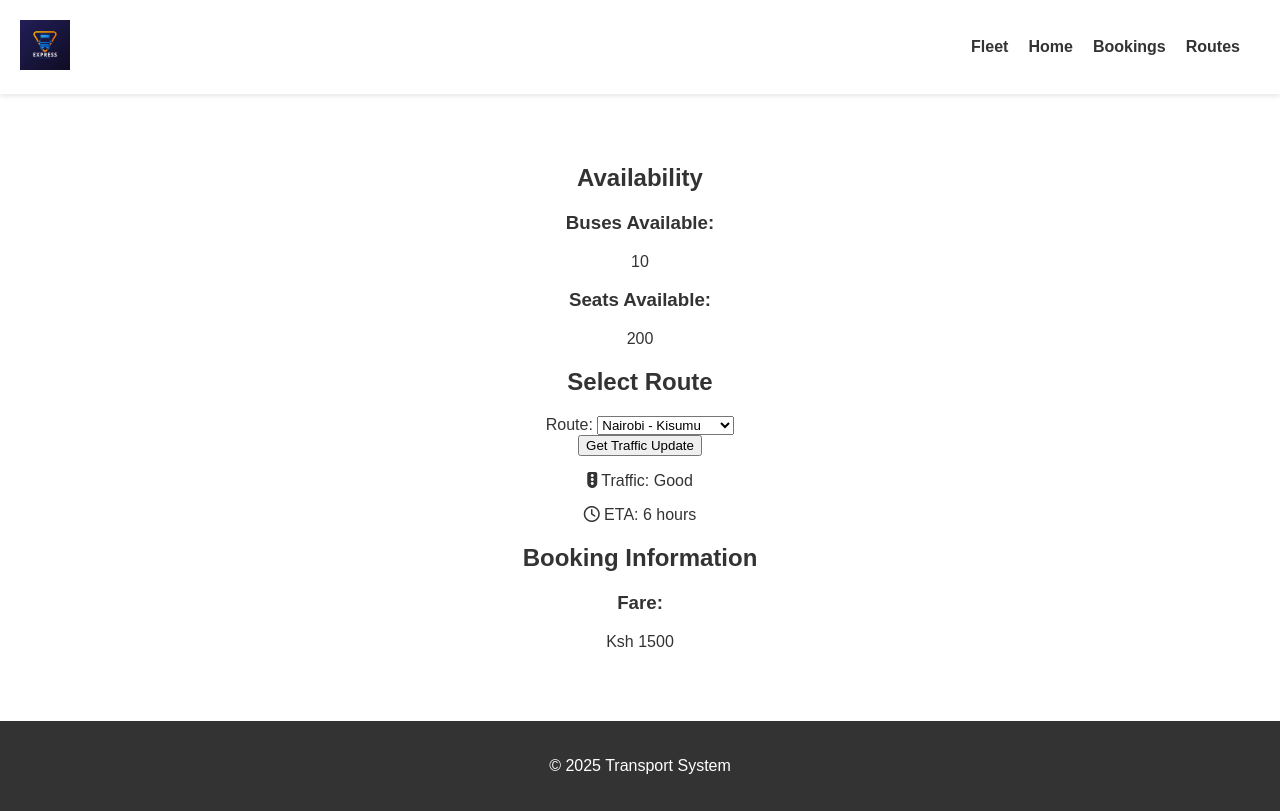
Repository: Ndegwa2/Smart-Transport-System
Page: client/booking.html
These files come from the project's save history. The page is drawn as it stood at one moment and after the next save; the edit follows.
The browser window is 1280 px wide. The pictures show the whole page.

Above is the page before, as saved 2025-04-01 21:18:54.
Console error: TypeError: Cannot set properties of null (setting 'innerHTML')

### client/booking.html
<!DOCTYPE html>
<html lang="en">
<head>
    <meta charset="UTF-8">
    <meta name="viewport" content="width=device-width, initial-scale=1.0">
    <title>Booking</title>
        <link rel="stylesheet" href="styles.css">
        <link rel="stylesheet" href="https://cdnjs.cloudflare.com/ajax/libs/font-awesome/6.0.0/css/all.min.css" integrity="sha512-9usAa10IRO0HhonpyAIVpjrylPvoDwiPUiKdWk5t3PyolY1cOd4DSE0Ga+ri4AuTroPR5aQvXU9xC6qOPnzFeg==" crossorigin="anonymous" referrerpolicy="no-referrer" />
</head>
<body class="booking-page">
    <header>
        <div class="logo">
            <img src="10550142.jpg" alt="Sacco Logo">
        </div>
        <nav>
            <ul>
                <li><a href="#">Fleet</a></li>
                <li><a href="landing page.html">Home</a></li>
                <li><a href="booking.html">Bookings</a></li>
                <li><a href="routes.html">Routes</a></li>
            </ul>
        </nav>

    </header>
    <main>
        <section id="availability">
            <h2>Availability</h2>
            <div>
                <h3>Buses Available:</h3>
                <p id="buses-available">10</p>
            </div>
            <div>
                <h3>Seats Available:</h3>
                <p id="seats-available">200</p>
            </div>
        </section>
        <section id="route-selection">
            <h2>Select Route</h2>
            <form id="route-form">
                <div>
                    <label for="route">Route:</label>
                    <select id="route" name="route">
                        <option value="Nairobi-Kisumu">Nairobi - Kisumu</option>
                        <option value="Nairobi-Mombasa">Nairobi - Mombasa</option>
                        <option value="Kisumu-Mombasa">Kisumu - Mombasa</option>
                    </select>
                </div>
                <button type="submit">Get Traffic Update</button>
            </form>
            <div id="traffic-update">
                    <p><i class="fas fa-traffic-light"></i> Traffic: Good</p>
                    <p><i class="far fa-clock"></i> ETA: 6 hours</p>
                </div>
        </section>
        <section id="booking-info">
            <h2>Booking Information</h2>
            <div>
                <h3>Fare:</h3>
                <p id="fare">Ksh 1500</p>
            </div>
        </section>
    </main>
    <footer>
        <p>&copy; 2025 Transport System</p>
    </footer>
    <script src="script.js"></script>
</body>
</html>

### client/styles.css
body {
    font-family: sans-serif;
    margin: 0;
    padding: 0;
    background-color: #fff;
    color: #333;
}

header {
    background-color: #fff;
    padding: 20px;
    display: flex;
    justify-content: space-between;
    align-items: center;
    box-shadow: 0 2px 5px rgba(0, 0, 0, 0.1);
}

.logo img {
    height: 50px;
}

nav ul {
    list-style: none;
    margin: 0;
    padding: 0;
    display: flex;
}

nav li {
    margin-right: 20px;
}

nav a {
    text-decoration: none;
    color: #333;
    font-weight: bold;
    transition: color 0.3s ease;
}

nav a:hover {
    color: orange;
}

.account {
    display: flex;
    align-items: center;
}

.sign-in-out button {
    background-color: orange;
    color: #fff;
    border: none;
    padding: 10px 20px;
    margin-right: 10px;
    border-radius: 5px;
    cursor: pointer;
    transition: background-color 0.3s ease;
}

.sign-in-out button:hover {
    background-color: #d97706;
}

.account-icon img {
    height: 30px;
    border-radius: 50%;
}

main {
    padding: 50px;
    text-align: center;
}

.hero h1 {
    font-size: 3em;
    color: orange;
    margin-bottom: 20px;
}

.hero p {
    font-size: 1.2em;
    line-height: 1.5;
}

footer {
    background-color: #333;
    color: #fff;
    text-align: center;
    padding: 20px;
}

.mission-vision-contacts {
    display: flex;
    justify-content: space-around;
    margin-top: 20px;
}

.card {
    width: 30%;
    padding: 20px;
    border: 1px solid #ddd;
    border-radius: 10px;
    text-align: left;
    transition: transform 0.3s ease;
}

.card:hover {
    transform: translateY(-5px);
    box-shadow: 0 4px 8px rgba(0, 0, 0, 0.2);
}

.slideshow {
    margin-top: 15px;
}

.slideshow-container {
    display: flex;
    flex-wrap: wrap;
}

.slide {
    width: 30%;
    margin: 10px;
    border: 1px solid #ddd;
    border-radius: 5px;
    box-shadow: 0 2px 5px rgba(0, 0, 0, 0.1);
    flex-shrink: 0;
    transition: transform 0.5s ease-in-out;
}

.slide img {
    width: 100%;
    height: 100%;
    object-fit: cover;
}

.about-us {
    margin-top: 15px;
    text-align: justify;
    padding: 20px;
    border: 1px solid #ddd;
    border-radius: 5px;
    box-shadow: 0 2px 5px rgba(0, 0, 0, 0.1);
    width: 100%;
    box-sizing: border-box;
}

.routes {
    margin-top: 20px;
    text-align: left;
}

.routes ul {
    list-style: none;
    padding: 0;
}

.routes li {
    margin-bottom: 10px;
}

.route-list {
    display: flex;
    justify-content: space-around;
    list-style: none;
    padding: 0;
}

.route-list li {
    text-align: center;
}

.route-list img {
    width: 100%;
    height: 200px;
    object-fit: cover;
    border-radius: 5px;
    box-shadow: 0 2px 5px rgba(0, 0, 0, 0.3);
    transition: transform 0.3s ease;
}

.route-list img:hover {
    transform: scale(1.1);
}

.route-list span {
    display: block;
    margin-top: 5px;
    font-weight: bold;
}

.booking-page header {
    background-color: #fff;
    padding: 20px;
    display: flex;
    justify-content: space-between;
    align-items: center;
    box-shadow: 0 2px 5px rgba(0, 0, 0, 0.1);
}

.booking-page main {
    padding: 50px;
    text-align: center;
}

.booking-page section {
    margin-bottom: 20px;
}

.booking-page footer {
    background-color: #333;
    color: #fff;
    text-align: center;
    padding: 20px;

/* Styles for routes.html */
.route-container {
    display: flex;
    flex-wrap: wrap;
    justify-content: space-around;
}

.route-card {
    width: 200px;
    margin: 10px;
    padding: 15px;
    border: 1px solid #ddd;
    border-radius: 5px;
    text-align: center;
}

.route-card h3 {
    color: orange;
}

.info-container {
    display: flex;
    justify-content: space-around;
    margin-top: 20px;
}

.info-card {
    width: 30%;
    padding: 15px;
    border: 1px solid #ddd;
    border-radius: 5px;
    text-align: center;
}

.info-card h3 {
    color: orange;
}
}

### client/script.js
const routesData = [
  {
  route: "Nairobi - Kisumu",
  time: "8:00 AM",
  availableBuses: 5,
  availableSeats: 20,
  occupiedSeats: 30
  },
  {
  route: "Nairobi - Mombasa",
  time: "9:00 AM",
  availableBuses: 3,
  availableSeats: 10,
  occupiedSeats: 40
  }
 ];

 function displayRoutes() {
  const routesSection = document.getElementById("routes");
  let routesHTML = "<ul>";
  routesData.forEach(route => {
  routesHTML += `<li>${route.route} - ${route.time} - Available Buses: ${route.availableBuses}</li>`;
  });
  routesHTML += "</ul>";
  routesSection.innerHTML = routesHTML;
 }

 function displayAnalytics() {
  if (isAdmin()) {
  const busAnalyticsSection = document.getElementById("bus-analytics");
  const seatAnalyticsSection = document.getElementById("seat-analytics");

  let totalAvailableBuses = 0;
  let totalAvailableSeats = 0;
  let totalOccupiedSeats = 0;

  routesData.forEach(route => {
  totalAvailableBuses += route.availableBuses;
  totalAvailableSeats += route.availableSeats;
  totalOccupiedSeats += route.occupiedSeats;
  });

  busAnalyticsSection.innerHTML = `<p>Total Available Buses: ${totalAvailableBuses}</p>`;
  seatAnalyticsSection.innerHTML = `<p>Total Available Seats: ${totalAvailableSeats}</p><p>Total Occupied Seats: ${totalOccupiedSeats}</p>`;
  } else {
  const analyticsSection = document.getElementById("analytics");
  analyticsSection.innerHTML = "<p>Analytics available to admins only.</p>";
  }
 }

 function isAdmin() {
  // Replace with actual authentication check
  return true;
 }

 displayRoutes();
 displayAnalytics();

After the next save:
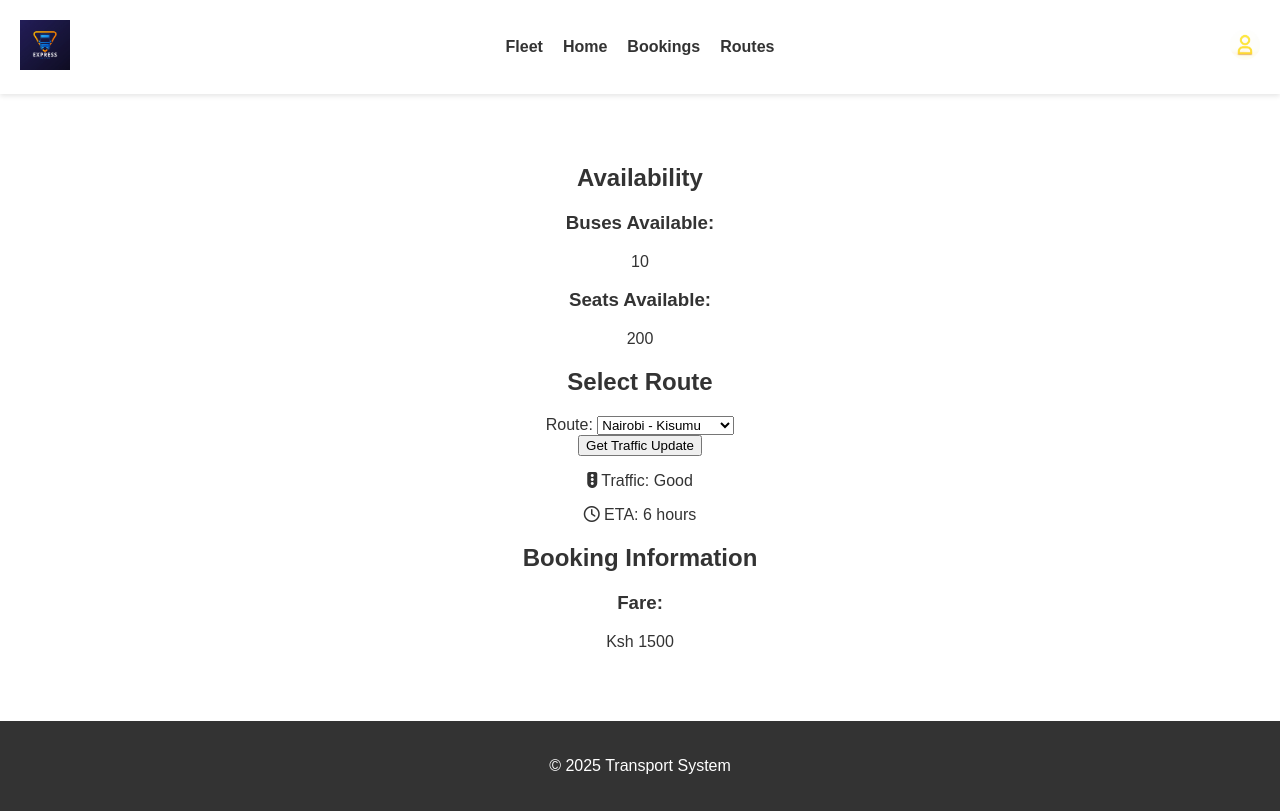
Saved 3 min 42 s later.
--- a/client/booking.html
+++ b/client/booking.html
@@ -20,7 +20,38 @@
                 <li><a href="routes.html">Routes</a></li>
             </ul>
         </nav>
+        <div class="account">
+            <div class="sign-in-out">
+            </div>
+            <div class="account-icon">
+                <img src="user-front-side-with-white-background.jpg" alt="Account">
+            </div>
 
+            <div id="login-form" style="display:none;">
+                <h2>Login Form</h2>
+                <label for="login-email">Email:</label><br>
+                <input type="email" id="login-email" name="login-email"><br><br>
+
+                <label for="login-password">Password:</label><br>
+                <input type="password" id="login-password" name="login-password"><br><br>
+
+                <button id="login-button">Login</button>
+            </div>
+
+            <div id="registration-form" style="display:none;">
+                <h2>Registration Form</h2>
+                <label for="reg-name">Name:</label><br>
+                <input type="text" id="reg-name" name="reg-name"><br><br>
+
+                <label for="reg-email">Email:</label><br>
+                <input type="email" id="reg-email" name="reg-email"><br><br>
+
+                <label for="reg-password">Password:</label><br>
+                <input type="password" id="reg-password" name="reg-password"><br><br>
+
+                <button id="register-button">Register</button>
+            </div>
+        </div>
     </header>
     <main>
         <section id="availability">
